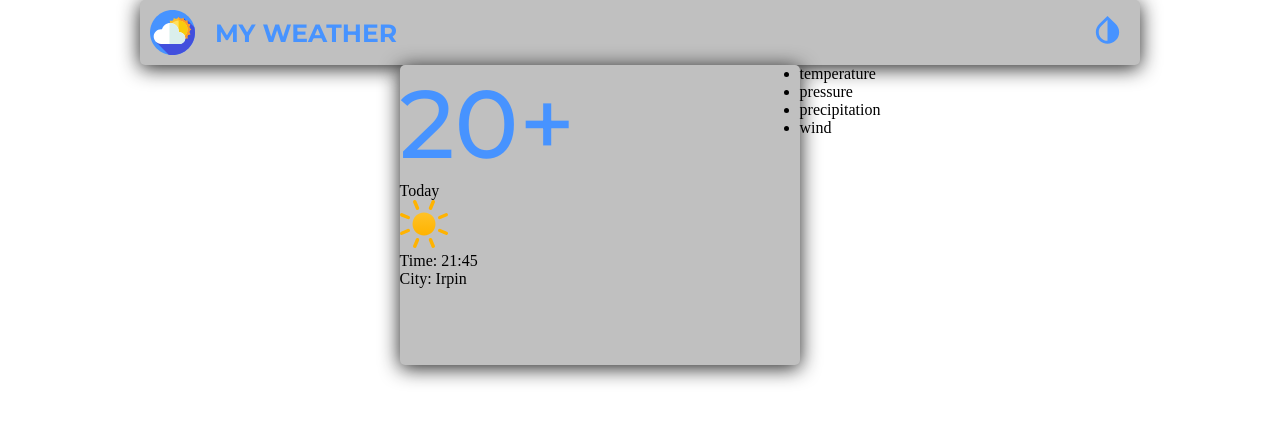
Repository: YuraKrvz/my_weather2
Page: /
These files come from the project's save history. The page is drawn as it stood at one moment and after the next save; the edit follows.
The browser window is 1280 px wide. The pictures show the whole page.
The project was rebuilt for these pictures with package versions that can differ from the ones it lists, and the page was loaded fresh each time.

Above is the page before, as saved 2022-01-25 18:13:49.

After the next save:
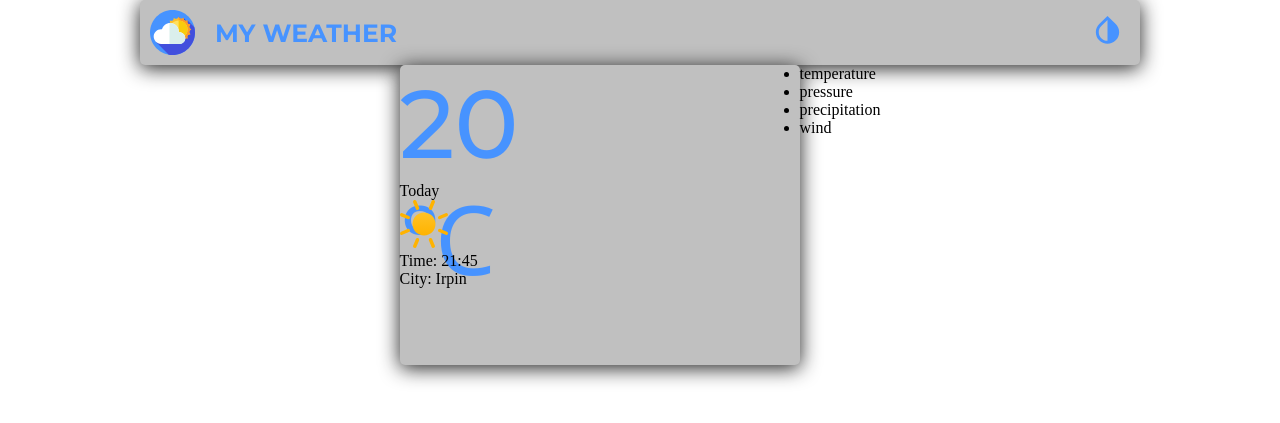
Saved 67 s later.
--- a/src/components/MyWeather/MyWeather.jsx
+++ b/src/components/MyWeather/MyWeather.jsx
@@ -8,7 +8,7 @@
       <div className={s.main}>
          <span>
             <span>
-               <p className={s.temp__main}>20+</p>
+               <p className={s.temp__main}>20 &#8451;</p>
                <p className={s.day}>Today</p>
             </span>
             <GeneratorSvgIcon id='sun' />
